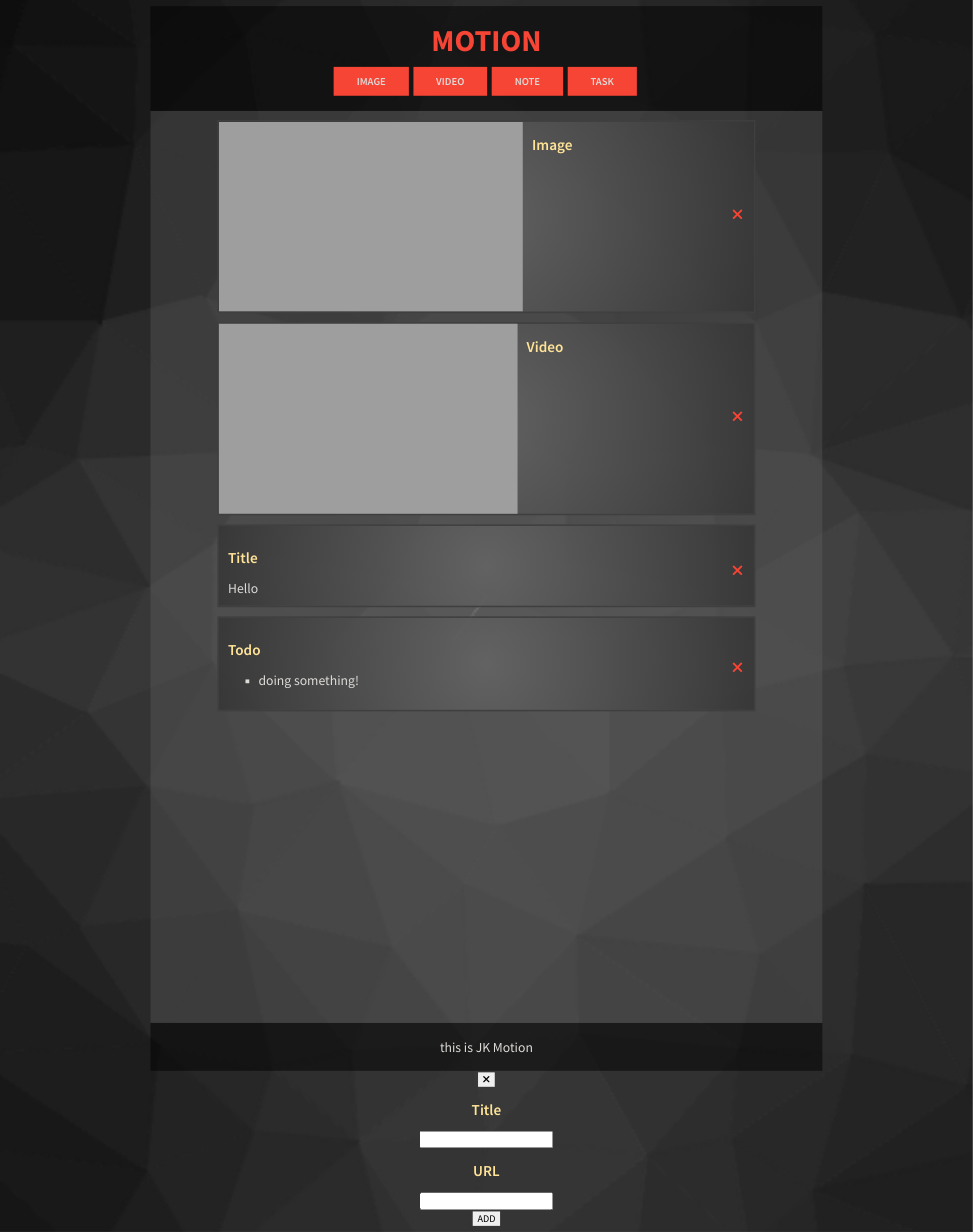
Repository: keehoonjung/Motion-project
Page: index.html
An editor plug-in stored every save of this project. The page is shown before and after a run of saves, followed by the edit.
The browser window is 1280 px wide. The pictures show the whole page, at 76% of full size.
Pictures or frames that could not be fetched are drawn as grey boxes. Some web libraries are served in a nearby version.

Above is the page before, as saved 2021-08-23 16:35:28.

After the next 2 saves:
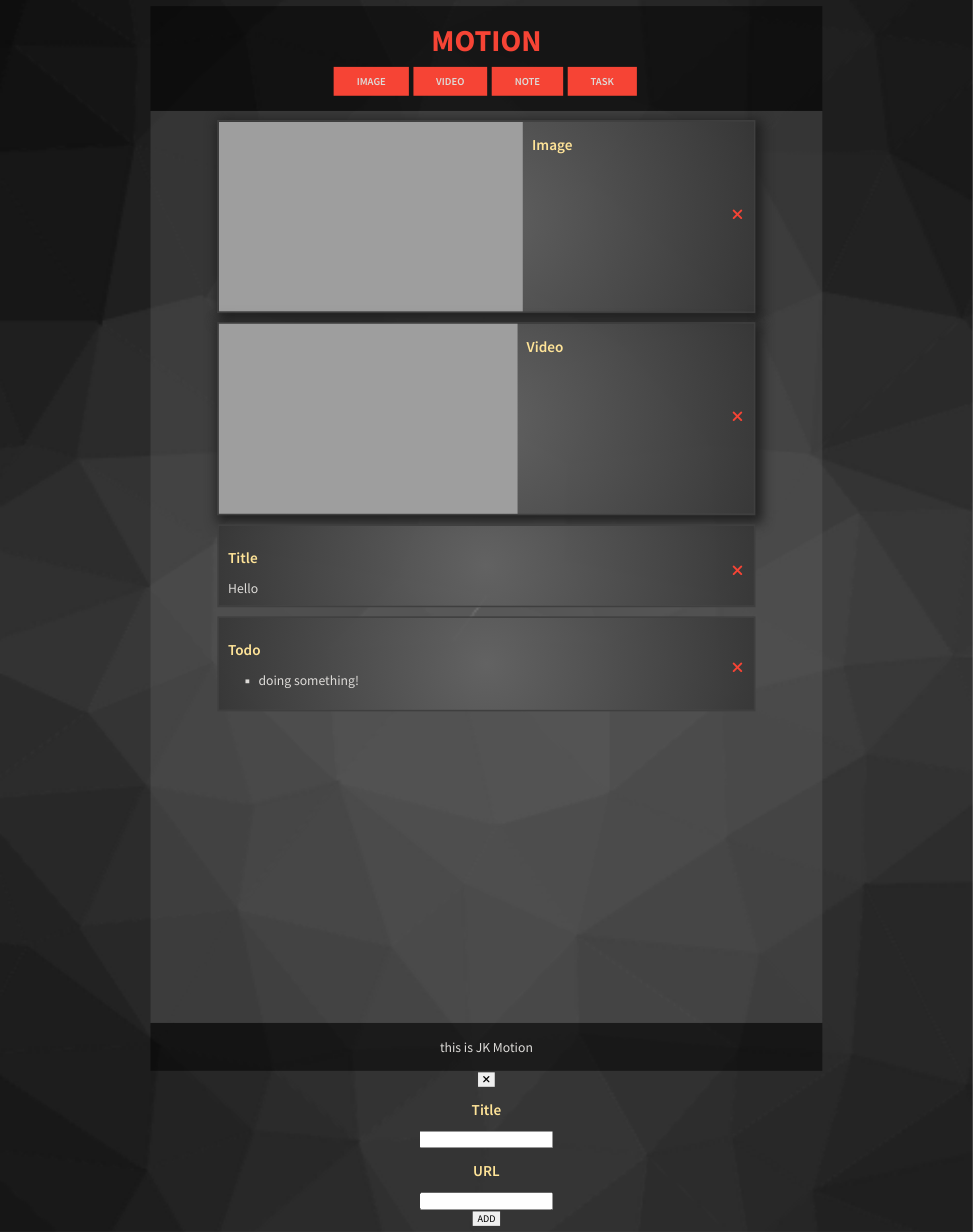
The 2 saves are shown as one change because they came seconds apart.
The last was saved 8 s later.
--- a/style.css
+++ b/style.css
@@ -103,8 +103,7 @@ button {
   margin: auto;
   display: flex;
   margin-top: var(--margin-item);
-  -webkit-box-shadow: 5px 5px 15px 5px ##202020;
-  box-shadow: 5px 5px 15px 5px ##202020;
+  box-shadow: 5px 5px 15px 5px #202020;
 }
 
 .mainlist__title {
